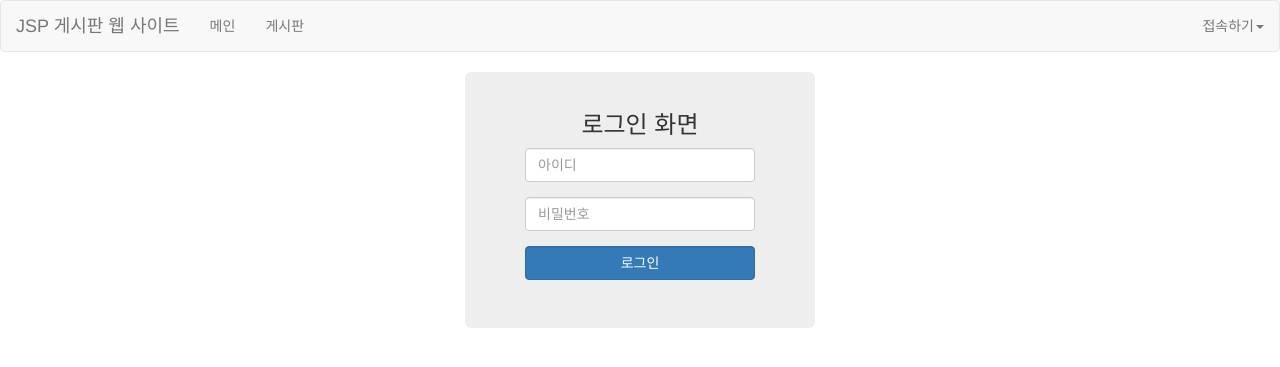
Repository: Jeongyounghyeon/JSP_board
Page: http://localhost/BBS/join.jsp
The author's editor kept a copy of each file at every save. The page is drawn from the files as they stood at one save, then again after the next save.
The browser window is 1280 px wide. The pictures show the whole page.
Some web libraries are served in a nearby version. The page is served by Tomcat 9. Other server files are loaded and not shown.

Above is the page before, as saved 2022-04-04 04:01:46.

### projects/BBS/src/main/webapp/join.jsp
<%@ page language="java" contentType="text/html; charset=UTF-8"
    pageEncoding="UTF-8"%>
<!DOCTYPE html>
<html>
<head>
<meta charset="UTF-8">
<meta name = "viewport" content = "width=device-width", initial-scale = "1">
<link rel = "stylesheet" href = "css/bootstrap.min.css">
<title>JSP 게시판 웹 사이트</title>
</head>
<body>
	<nav class = "navbar navbar-default">
		<div class = "navbar-header">
			<button type = "button" class = "navbar-toggle collapsed"
				data-toggle = "collapse" data-target = "#bs-example-navbar-collapse-1"
				aria-expanded = "false">
				<span class = "icon-bar"></span>
				<span class = "icon-bar"></span>
				<span class = "icon-bar"></span>
			</button>
			<a class = "navbar-brand" href = "main.jsp">JSP 게시판 웹 사이트</a>
		</div>
		<div class = "collapase navbar-collapse" id = "bs-example-navbar-collapse-1">
			<ul class = "nav navbar-nav">
				<li><a href = "main.jsp">메인</a></li>
				<li><a href = "bbs.jsp">게시판</a></li>
			</ul>
			<ul class = "nav navbar-nav navbar-right">
				<li class = "dropdown">
					<a href = "#" class = "dropdown-toggle"
						data-toggle = "dropdown" role = "button" aria-haspopup = "true"
						aria-expanded = "false">접속하기<span class = "caret"></span></a>
					<ul class = "dropdown-menu">
						<li class = "actice"><a href = "login.jsp">로그인</a></li>
						<li><a href = "join.jsp">회원가입</a></li>
					</ul>
				</li>
			</ul>
		</div>
	</nav>
	<div class = "container">
		<div class = "col-lg-4"></div>
		<div class = "col-lg-4">
			<div class = "jumbotron" style = "padding-top: 20px;">
				<form method = "post" action = "loginAction.jsp">
					<h3 style = "text-align: center;">로그인 화면</h3>
					<div class = "form-group">
						<input type = "text" class = "form-control" placeholder ="아이디" name = "userID" maxlength="20">
					</div>
					<div class = "form-group">
						<input type = "password" class = "form-control" placeholder ="비밀번호" name = "userPassword" maxlength="20">
					</div>
					<input type = "submit" class = "btn btn-primary form-control" value = "로그인">
				</form>
			</div>
		</div>
		<div class = "col-lg-4"></div>
	</div>
	<script src = "https://code.jquery.com/jquery-3.1.1.min.js"></script>
	<script src = "js/bootstrap.js"></script>
</body>
</html>

Loaded but not shown: projects/BBS/src/main/webapp/css/bootstrap.min.css (library); projects/BBS/src/main/webapp/js/bootstrap.js (library)

After the next save:
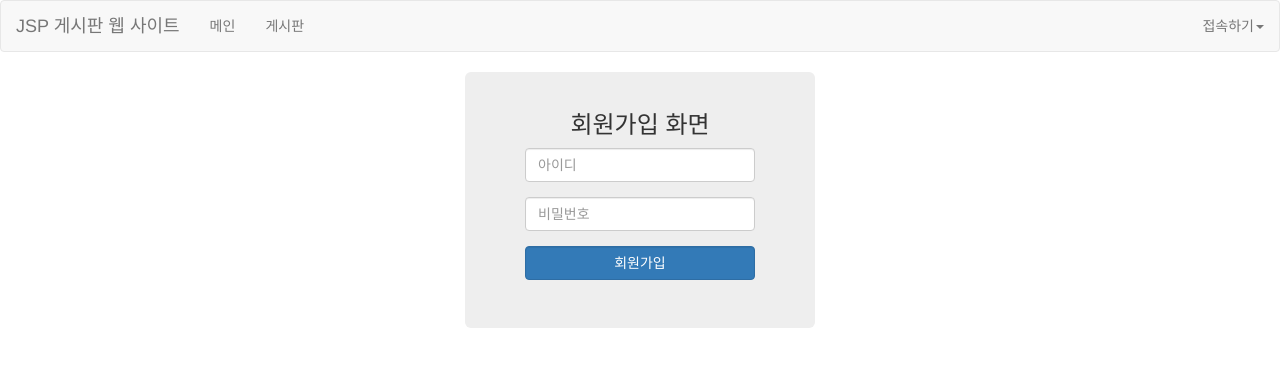
Saved 33 h 20 min later.
--- a/projects/BBS/src/main/webapp/join.jsp
+++ b/projects/BBS/src/main/webapp/join.jsp
@@ -43,14 +43,14 @@
 		<div class = "col-lg-4">
 			<div class = "jumbotron" style = "padding-top: 20px;">
 				<form method = "post" action = "loginAction.jsp">
-					<h3 style = "text-align: center;">로그인 화면</h3>
+					<h3 style = "text-align: center;">회원가입 화면</h3>
 					<div class = "form-group">
 						<input type = "text" class = "form-control" placeholder ="아이디" name = "userID" maxlength="20">
 					</div>
 					<div class = "form-group">
 						<input type = "password" class = "form-control" placeholder ="비밀번호" name = "userPassword" maxlength="20">
 					</div>
-					<input type = "submit" class = "btn btn-primary form-control" value = "로그인">
+					<input type = "submit" class = "btn btn-primary form-control" value = "회원가입">
 				</form>
 			</div>
 		</div>
